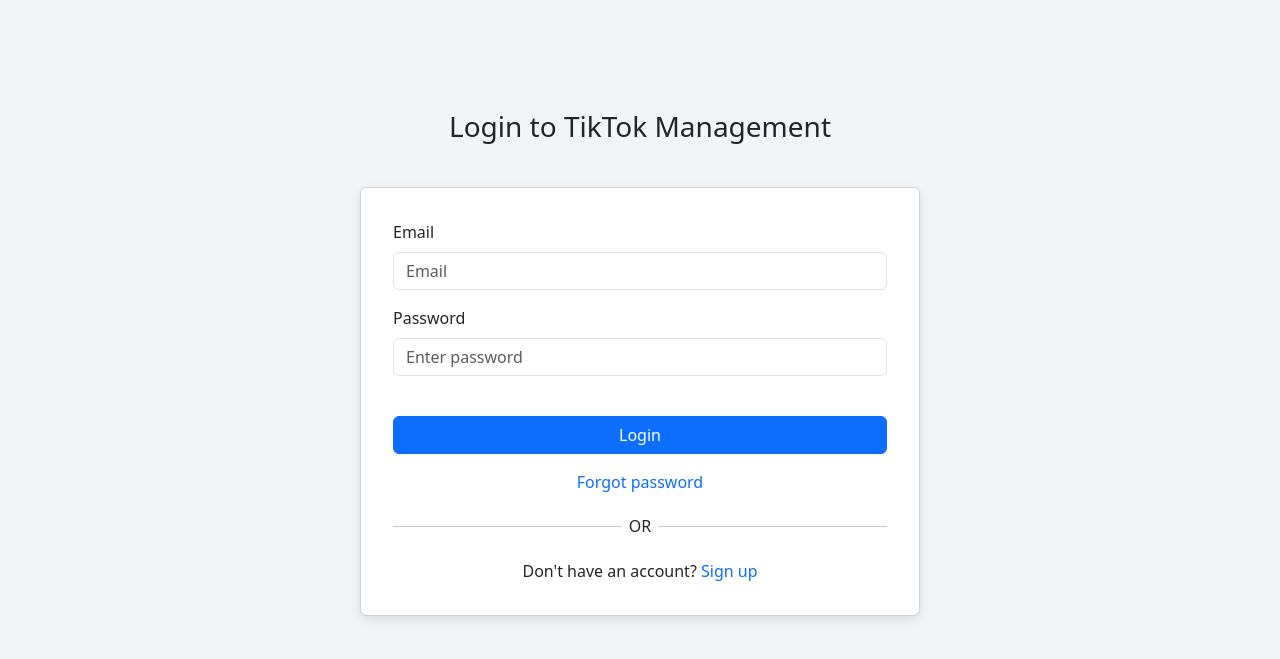
Repository: chaolaolo/tikcrm-fe
Page: /dashboard
An editor plug-in stored every save of this project. The page is shown before and after the next save, followed by the edit.
The browser window is 1280 px wide. The pictures show the whole page.
The project was rebuilt for these pictures with package versions that can differ from the ones it lists, and the page was loaded fresh each time. Also part of the build but not shown: vite.config.ts, src/pages/Home/Settings.tsx, src/pages/Home/HomePage.tsx. Imported but missing from the stored project, and not drawn on this page: src/pages/Home/Dashboard, src/pages/Register/RegisterPage.

Above is the page before, as saved 2025-05-22 22:33:51.

After the next save:
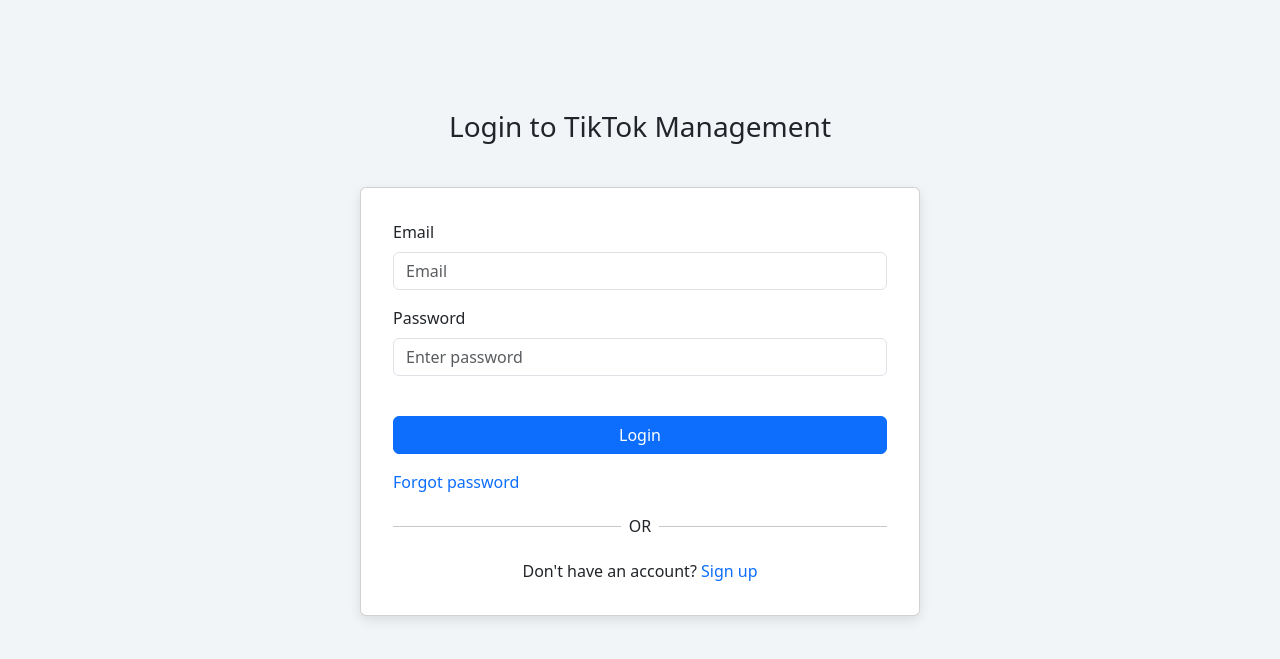
Saved 7 s later.
--- a/src/pages/Auth/LoginPage.tsx
+++ b/src/pages/Auth/LoginPage.tsx
@@ -45,7 +45,7 @@
 
               <button type="submit" className="btn btn-primary w-100 mb-3 mt-4">Login</button>
 
-              <div className="text-center mb-3 text-start">
+              <div className="mb-3 text-start">
                 <a href="#forgot-password" className=" text-decoration-none">Forgot password</a>
               </div>
 
